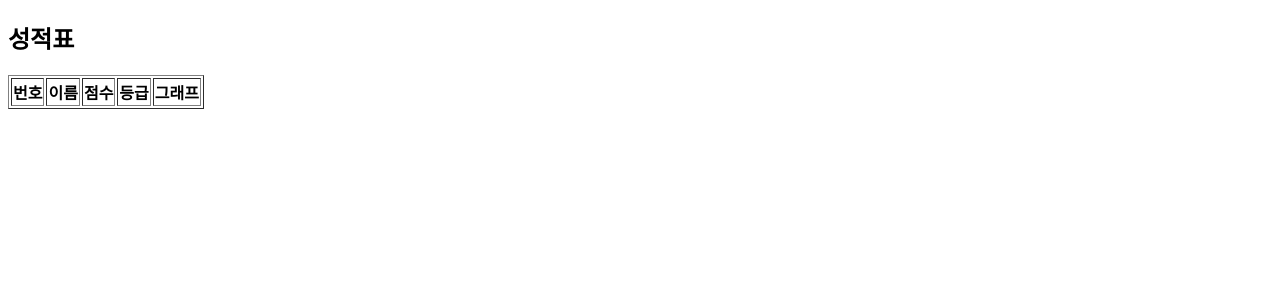
Repository: ohseung-web/Jsp2026
Page: http://localhost/chapter01/example_score.jsp
An editor plug-in stored every save of this project. The page is shown before and after the next save, followed by the edit.
The browser window is 1280 px wide. The pictures show the whole page.
The page is served by Tomcat 9.

Above is the page before, as saved 2026-10-16 05:38:28.

After the next save:
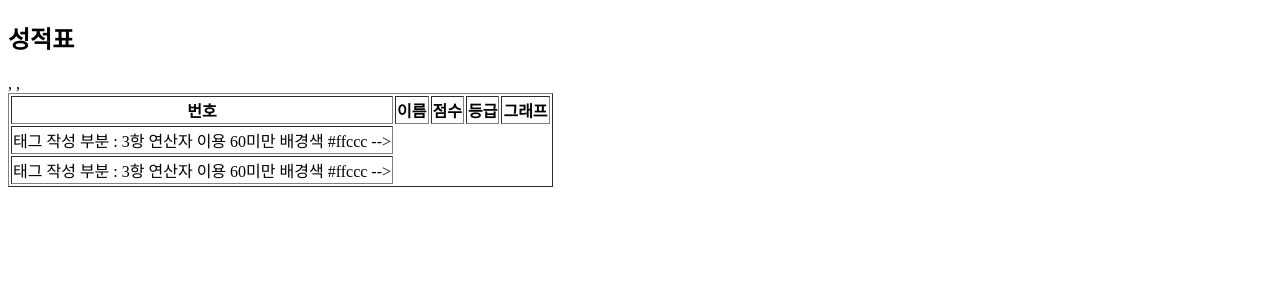
Saved 3 min 46 s later.
--- a/chapter01/src/main/webapp/example_score.jsp
+++ b/chapter01/src/main/webapp/example_score.jsp
@@ -37,7 +37,14 @@
    	<th>번호</th><th>이름</th><th>점수</th><th>등급</th><th>그래프</th>
    </tr>
 
-
+<%
+   for(int i=0; i<names.length; i++){
+%>
+	<!-- <tr>, <td>태그 작성 부분 : 3항 연산자 이용 60미만 배경색 #ffccc -->
+	<tr style="background-color:<%= scores[i]<60 ? "#ffcccc":"#ffffff" %>
+<%
+   }
+%>
 </table>
 </body>
 </html>
